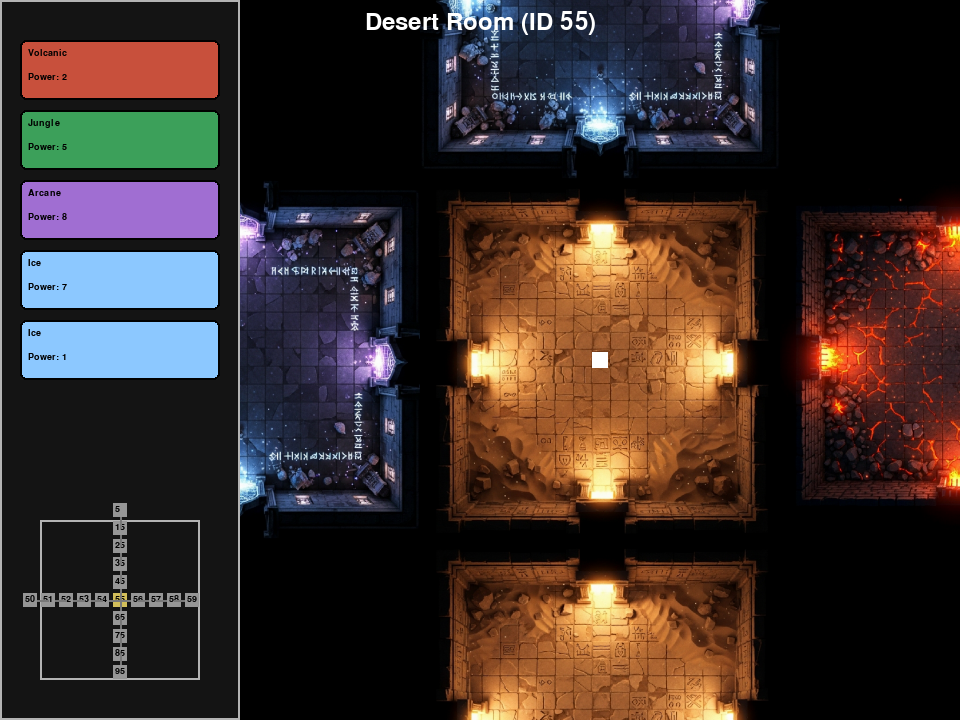
Repository: MehediMim/GateBound
Script's output: python main.py
An editor plug-in stored every save of this project. The script's output is shown before and after a run of saves, followed by the edit.
The window is shown after at most 60 frames with no key pressed. Random numbers start from a fixed seed. It also reads assets/bg_arcane.png, assets/bg_desert.png, assets/bg_ice.png, assets/bg_jungle.png, assets/bg_volcanic.png.

Above is the script's output before, as saved 2026-01-26 19:12:16.

After the next 2 saves:
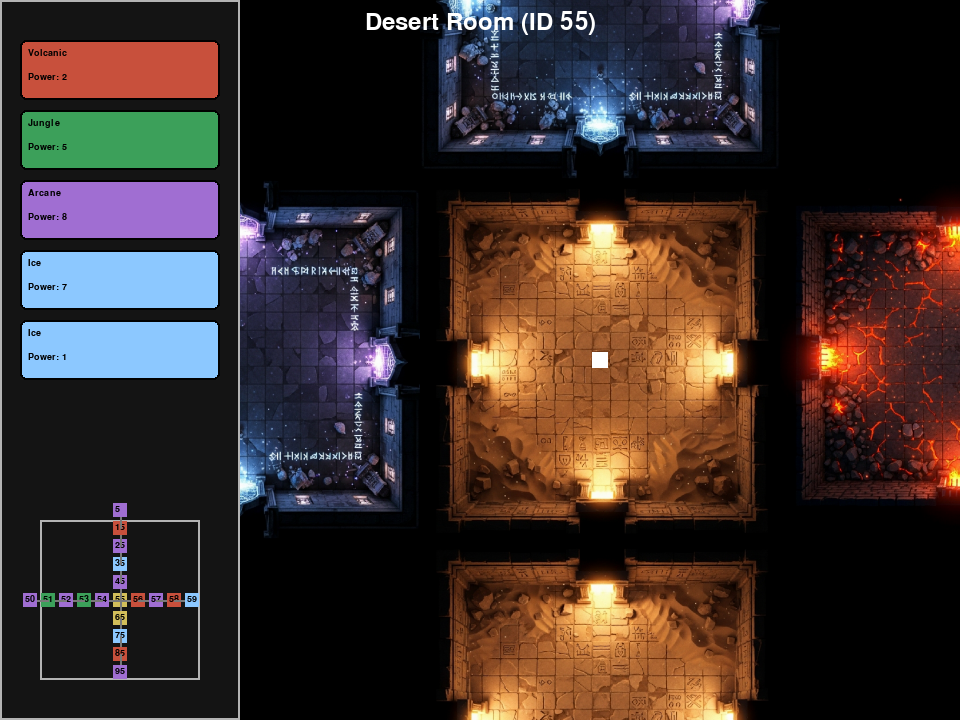
The 2 saves are shown as one change because they came seconds apart.
The last was saved 5 s later.
--- a/main.py
+++ b/main.py
@@ -234,7 +234,8 @@ def draw_minimap():
                 2
             )
 
-            pygame.draw.rect(screen, (150, 150, 150), (cx, cy, node, node))
+            neighbor_color = ROOM_COLORS[rooms[nxt]["type"]]
+            pygame.draw.rect(screen, neighbor_color, (cx, cy, node, node))
 
             screen.blit(
                 map_font.render(str(nxt), True, (0, 0, 0)),
